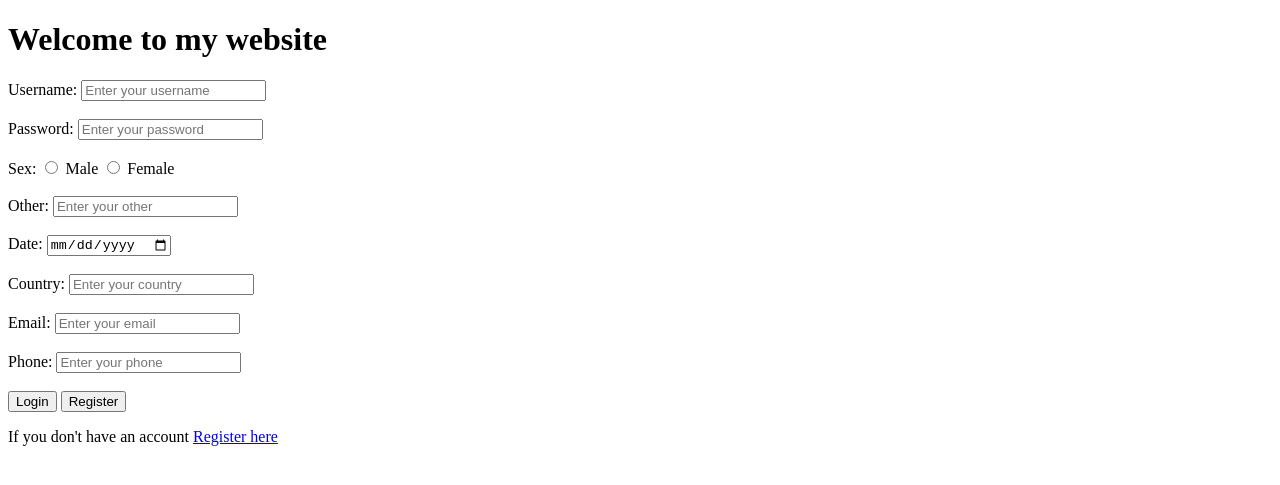
Repository: bao2222/hoc-lam-web
Page: welcome.html
The author's editor kept a copy of each file at every save. The page is drawn from the files as they stood at one save, then again after the next save.
The browser window is 1280 px wide. The pictures show the whole page.

Above is the page before, as saved 2024-12-24 19:39:52.

After the next save:
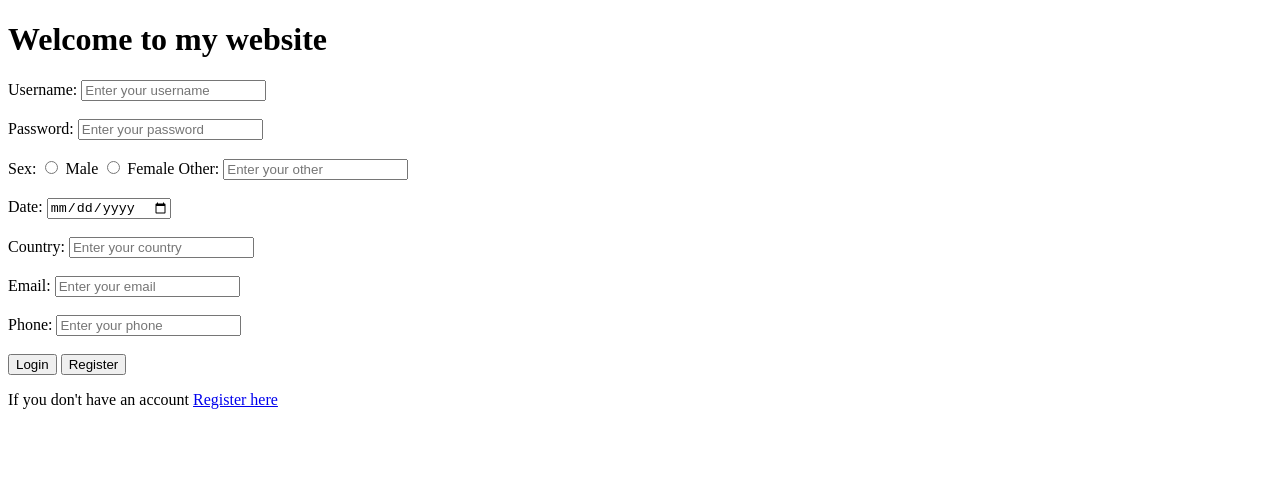
Saved 24 s later.
--- a/welcome.html
+++ b/welcome.html
@@ -26,7 +26,7 @@
                         <input type="radio" id="male" name="sex" value="male">
                         <label for="male">Male</label>
                         <input type="radio" id="female" name="sex" value="female">
-                        <label for="female">Female</label><br><br>
+                        <label for="female">Female</label>
                         <label for="other">Other:</label>
                         <input type="text" id="other" name="other" placeholder="Enter your other"><br><br>
 
